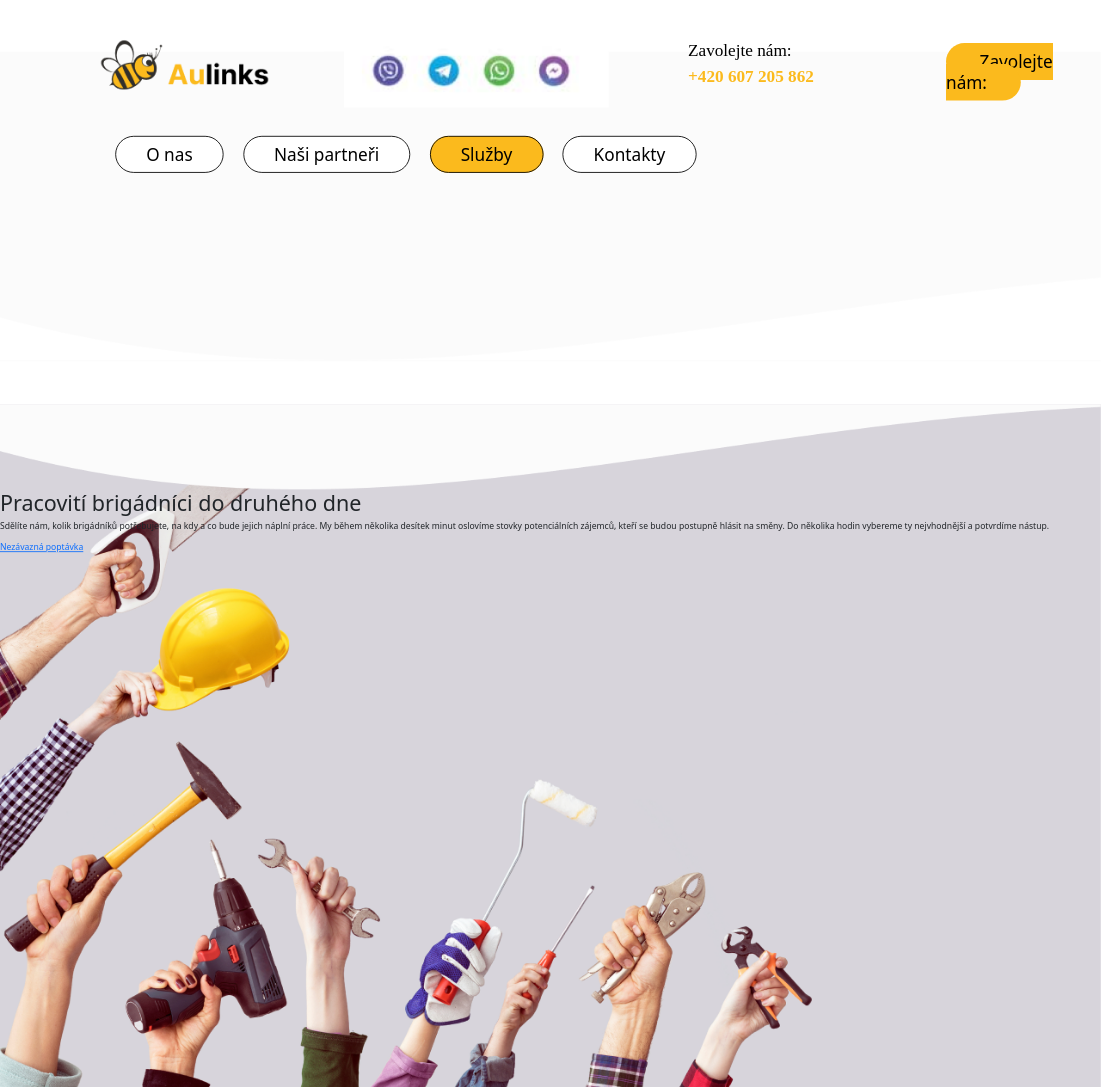
Repository: bilday08/aulinks
Page: index.html
An editor plug-in stored every save of this project. The page is shown before and after the next save, followed by the edit.
The browser window is 1280 px wide. The pictures show the whole page, at 86% of full size.
Some web fonts or font styles are not loaded; a fallback is used.

Above is the page before, as saved 2022-12-07 02:06:46.

After the next save:
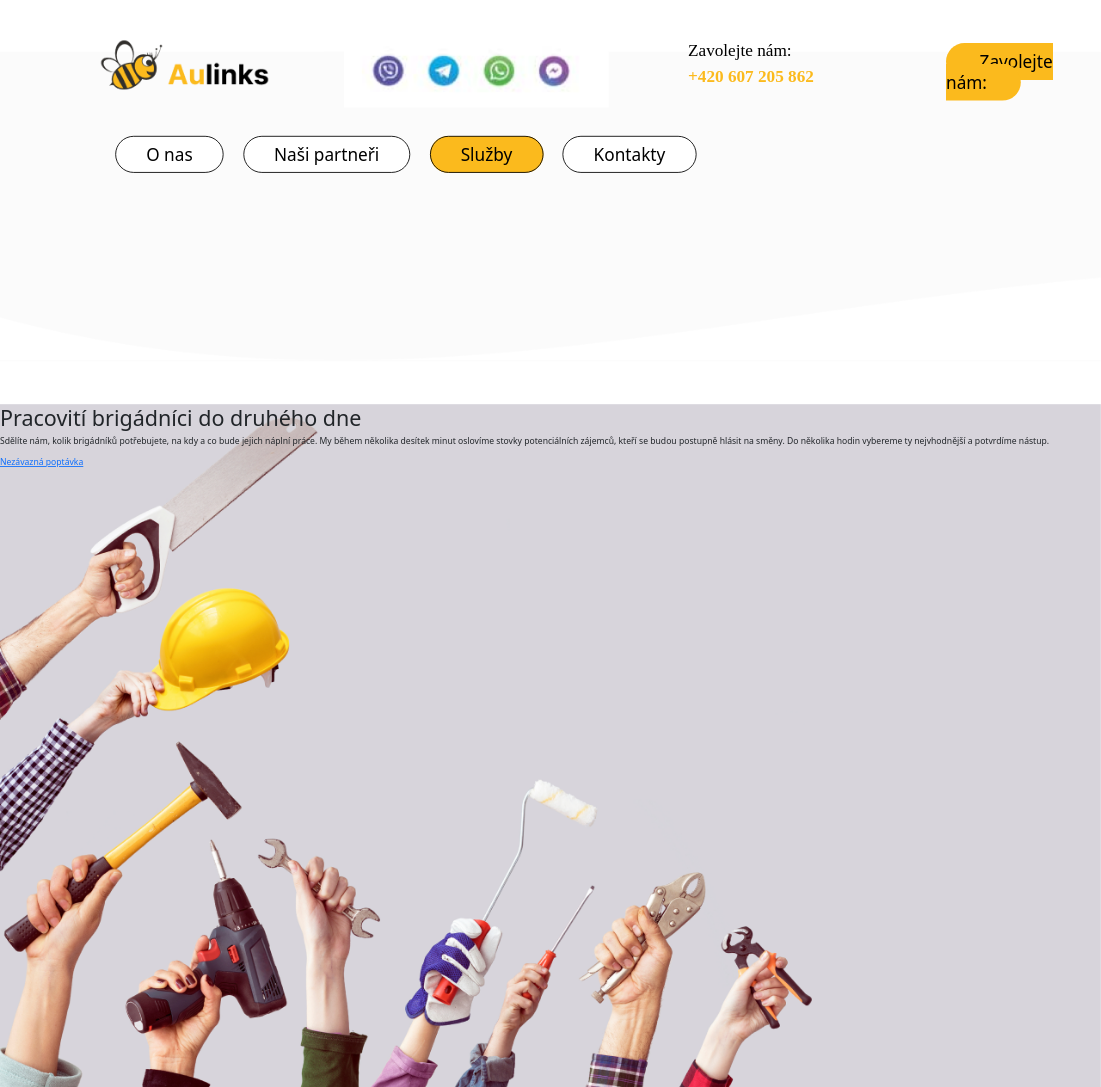
Saved 18 s later.
--- a/index.html
+++ b/index.html
@@ -57,9 +57,9 @@
     <main>
         <div class="container_fluid_main">
             <div class="main__top_br">
-                <img
+                <!-- <img
                 src="./images/Main/Rectangle 8 (9).png"
-                alt="#" class="main_top_header"/>
+                alt="#" class="main_top_header"/> -->
                 <h1 class="main_text">Pracovití brigádníci do druhého dne</h1>
                 <p class="main_content">
                     Sdělíte nám, kolik brigádníků potřebujete,
